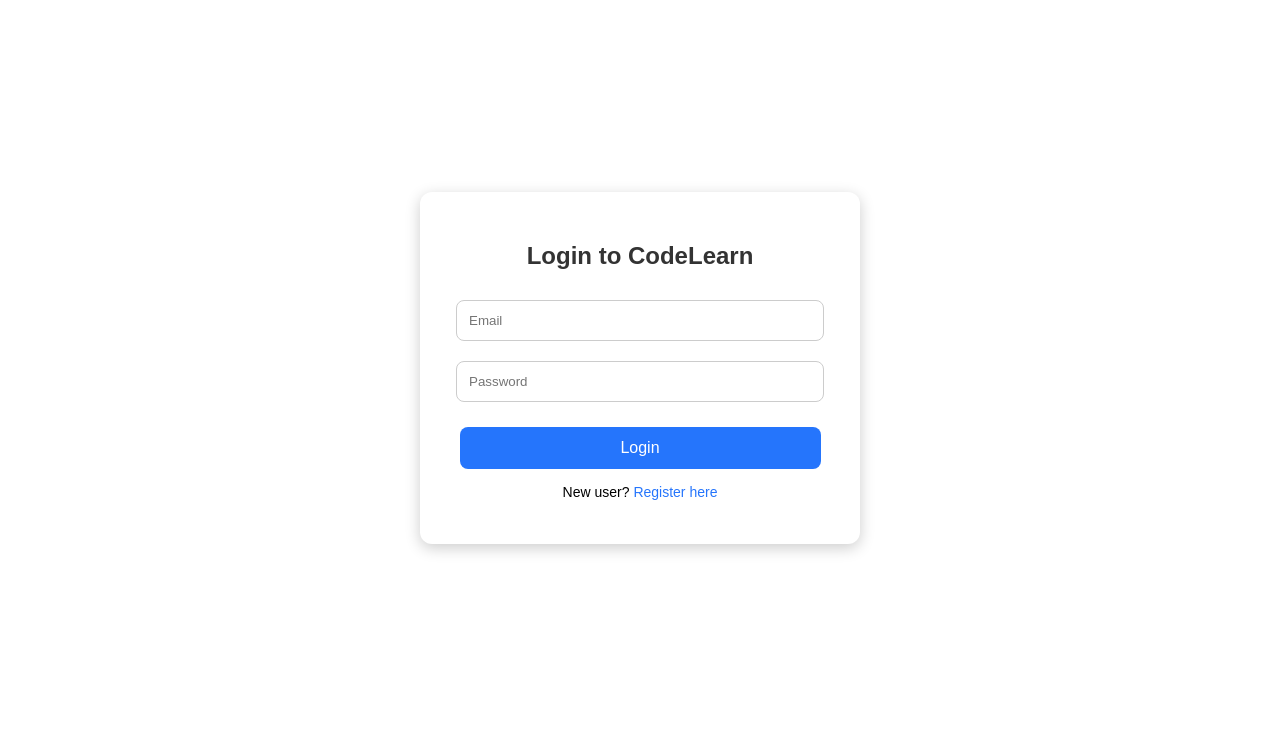
Repository: Aditisoni26/codeLearn
Page: index.html
An editor plug-in stored every save of this project. The page is shown before and after the next save, followed by the edit.
The browser window is 1280 px wide. The pictures show the whole page.

Above is the page before, as saved 2025-10-27 18:58:04.

After the next save:
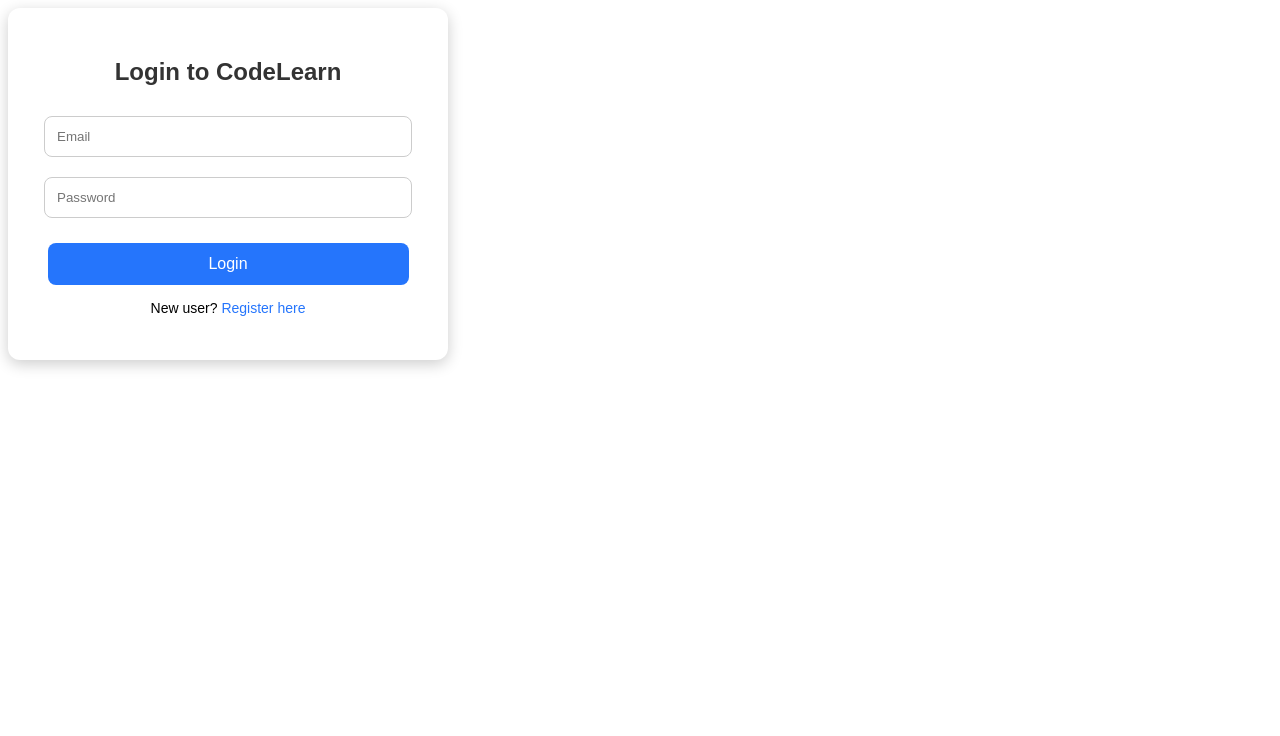
Saved 11 s later.
--- a/index.html
+++ b/index.html
@@ -10,7 +10,7 @@
             font-family: 'Poppins', sans-serif;
             background: white;
             height: 100vh;
-            display: flex;
+            border display: flex;
             justify-content: center;
             align-items: center;
         }

After the save that followed:
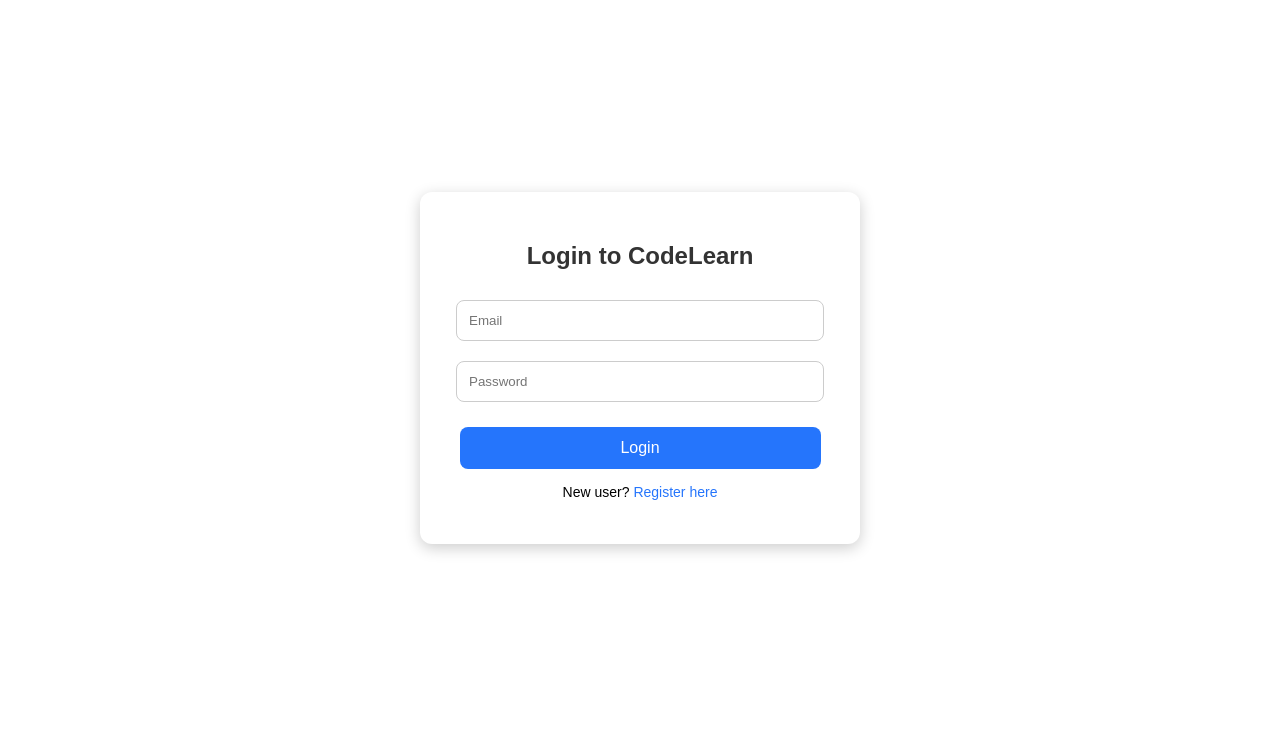
Saved 4 s later.
--- a/index.html
+++ b/index.html
@@ -10,7 +10,8 @@
             font-family: 'Poppins', sans-serif;
             background: white;
             height: 100vh;
-            border display: flex;
+            border: ;
+            display: flex;
             justify-content: center;
             align-items: center;
         }
